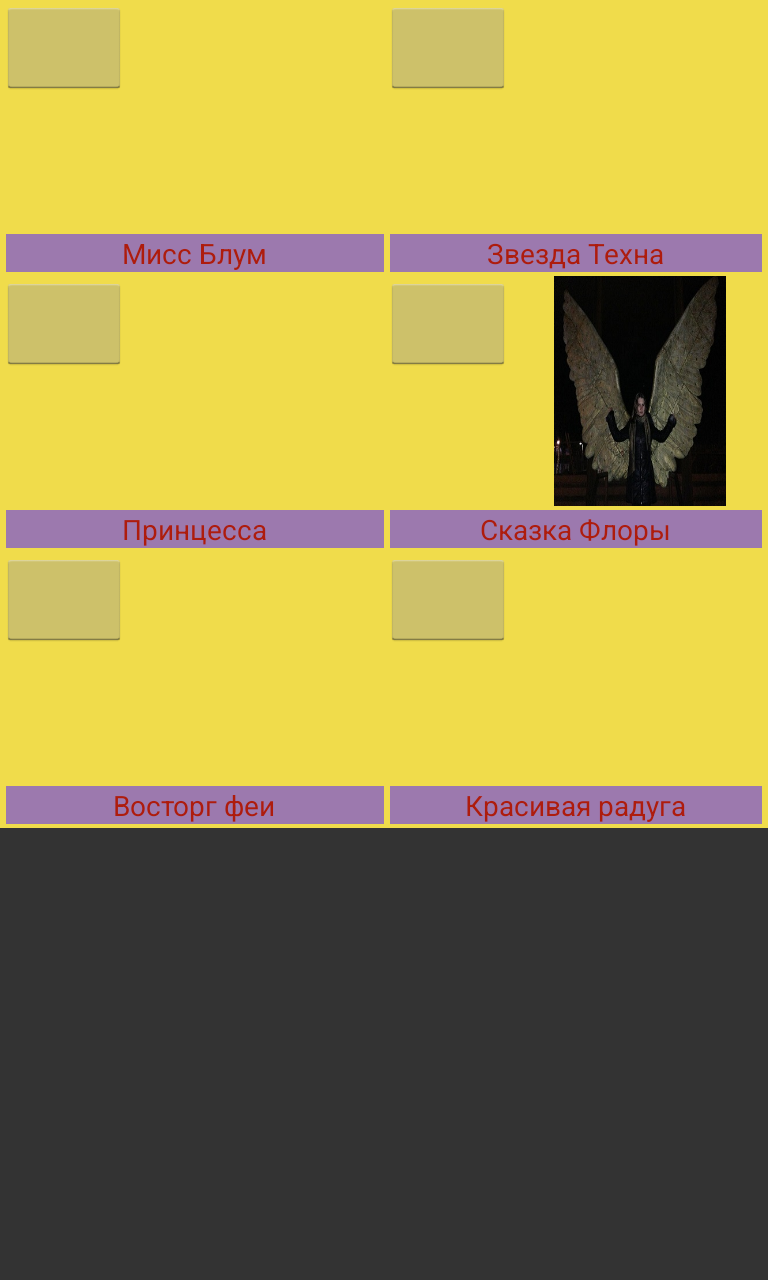
Repository: Skyremix/Winx
Layout: Winx/Winx/res/layout/stages.xml
These files come from the project's save history. The layout is drawn as it stood at one moment and after the next save; the edit follows.
It is drawn on a 768 x 1280 px phone screen (xhdpi) without system bars, with theme AppTheme; the app's code is not run.

Above is the layout before, as saved 2015-05-14 23:34:49.

### Winx/Winx/res/layout/stages.xml
<?xml version="1.0" encoding="utf-8"?>
<LinearLayout xmlns:android="http://schemas.android.com/apk/res/android"
    android:layout_width="match_parent"
    android:layout_height="match_parent"
    android:orientation="vertical"
    android:background="#F0DC4B">

    <LinearLayout
        android:layout_width="match_parent"
        android:layout_height="115dp">

        <LinearLayout
            android:layout_width="match_parent"
            android:layout_height="match_parent"
            android:layout_weight="1" >

            <Button
                android:id="@+id/imageView1"
                android:layout_width="wrap_content"
                android:layout_height="wrap_content"
                android:layout_gravity="center_horizontal"
                android:src="@drawable/buttons"/>

        </LinearLayout>

        <LinearLayout
            android:layout_width="match_parent"
            android:layout_height="match_parent"
            android:layout_weight="1">

            <Button
                android:id="@+id/imageView2"
                android:layout_width="wrap_content"
                android:layout_height="wrap_content"
                android:src="@drawable/buttons" />

        </LinearLayout>

    </LinearLayout>

  <LinearLayout
	        android:layout_width="match_parent"
	        android:layout_height="wrap_content"
	        android:background="#F0DC4B" >

	                 <LinearLayout
            android:layout_width="match_parent"
            android:layout_height="match_parent"
            android:layout_weight="1.00"
            android:background="#9C79AE"
            android:gravity="center_horizontal"
            android:layout_marginTop="2dp"
            android:layout_marginLeft="3dp"
            android:layout_marginBottom="2dp">

            <TextView
                android:id="@+id/textView116"
                android:layout_width="wrap_content"
                android:layout_height="wrap_content"
                android:text="Мисс Блум"
                android:textColor="#AE1C0D"/>

        </LinearLayout>

         <LinearLayout
            android:layout_width="match_parent"
            android:layout_height="match_parent"
            android:layout_weight="1.00"
            android:background="#9C79AE"
            android:gravity="center_horizontal"
            android:layout_marginTop="2dp"
            android:layout_marginLeft="3dp"
            android:layout_marginBottom="2dp"
            android:layout_marginRight="3dp">

            <TextView
                android:id="@+id/textView1565"
                android:layout_width="wrap_content"
                android:layout_height="wrap_content"
                android:text="Звезда Техна"
                android:textColor="#AE1C0D"/>

        </LinearLayout>

    </LinearLayout>

    <LinearLayout
        android:layout_width="match_parent"
        android:layout_height="115dp" >

        <LinearLayout
            android:layout_width="match_parent"
            android:layout_height="match_parent"
            android:layout_weight="1" >

            <Button
                android:id="@+id/imageView3"
                android:layout_width="wrap_content"
                android:layout_height="wrap_content"
                android:src="@drawable/buttons" />

        </LinearLayout>

        <LinearLayout
            android:layout_width="match_parent"
            android:layout_height="match_parent"
            android:layout_weight="1" >

            <Button
                android:id="@+id/imageView4"
                android:layout_width="wrap_content"
                android:layout_height="wrap_content"
                android:src="@drawable/buttons" />

            <ImageView
                android:id="@+id/imageView99"
                android:layout_width="wrap_content"
                android:layout_height="wrap_content"
                android:src="@drawable/img" />
        </LinearLayout>

    </LinearLayout>

	   <LinearLayout
	        android:layout_width="match_parent"
	        android:layout_height="wrap_content"
	        android:background="#F0DC4B" >

	                 <LinearLayout
            android:layout_width="match_parent"
            android:layout_height="match_parent"
            android:layout_weight="1.00"
            android:background="#9C79AE"
            android:gravity="center_horizontal"
            android:layout_marginTop="2dp"
            android:layout_marginLeft="3dp"
            android:layout_marginBottom="2dp">

            <TextView
                android:id="@+id/textView11776"
                android:layout_width="wrap_content"
                android:layout_height="wrap_content"
                android:text="Принцесса"
                android:textColor="#AE1C0D"/>

        </LinearLayout>

         <LinearLayout
            android:layout_width="match_parent"
            android:layout_height="match_parent"
            android:layout_weight="1.00"
            android:background="#9C79AE"
            android:gravity="center_horizontal"
            android:layout_marginTop="2dp"
            android:layout_marginLeft="3dp"
            android:layout_marginBottom="2dp"
            android:layout_marginRight="3dp">

            <TextView
                android:id="@+id/textView115565"
                android:layout_width="wrap_content"
                android:layout_height="wrap_content"
                android:text="Сказка Флоры"
                android:textColor="#AE1C0D"/>

        </LinearLayout>
    </LinearLayout>

    <LinearLayout
        android:layout_width="match_parent"
        android:layout_height="115dp" >

        <LinearLayout
            android:layout_width="match_parent"
            android:layout_height="match_parent"
            android:layout_weight="1">

            <Button
                android:id="@+id/imageView5"
                android:layout_width="wrap_content"
                android:layout_height="wrap_content"
                android:src="@drawable/buttons" />

        </LinearLayout>

        <LinearLayout
            android:layout_width="match_parent"
            android:layout_height="match_parent"
            android:layout_weight="1" >

            <Button
                android:id="@+id/imageView6"
                android:layout_width="wrap_content"
                android:layout_height="wrap_content"
                android:src="@drawable/buttons" />

        </LinearLayout>

    </LinearLayout>

	    <LinearLayout
	        android:layout_width="match_parent"
	        android:layout_height="wrap_content"
	        android:background="#F0DC4B" >

	                 <LinearLayout
            android:layout_width="match_parent"
            android:layout_height="match_parent"
            android:layout_weight="1.00"
            android:background="#9C79AE"
            android:gravity="center_horizontal"
            android:layout_marginTop="2dp"
            android:layout_marginLeft="3dp"
            android:layout_marginBottom="2dp">

            <TextView
                android:id="@+id/textView119966"
                android:layout_width="wrap_content"
                android:layout_height="wrap_content"
                android:text="Восторг феи"
                android:textColor="#AE1C0D"/>

        </LinearLayout>

         <LinearLayout
            android:layout_width="match_parent"
            android:layout_height="match_parent"
            android:layout_weight="1.00"
            android:background="#9C79AE"
            android:gravity="center_horizontal"
            android:layout_marginTop="2dp"
            android:layout_marginLeft="3dp"
            android:layout_marginBottom="2dp"
            android:layout_marginRight="3dp">

            <TextView
                android:id="@+id/textView1584865"
                android:layout_width="wrap_content"
                android:layout_height="wrap_content"
                android:text="Красивая радуга"
                android:textColor="#AE1C0D"/>

        </LinearLayout>
    </LinearLayout>
        <LinearLayout
        android:layout_width="match_parent"
        android:layout_height="wrap_content"
        android:layout_weight="0.02"
        android:background="#333333" >
    </LinearLayout>
</LinearLayout>

Loaded but not shown: Winx/Winx/res/values/styles.xml (common file); Winx/Winx/res/values-v11/styles.xml (common file); Winx/Winx/res/values-v14/styles.xml (common file)

After the next save:
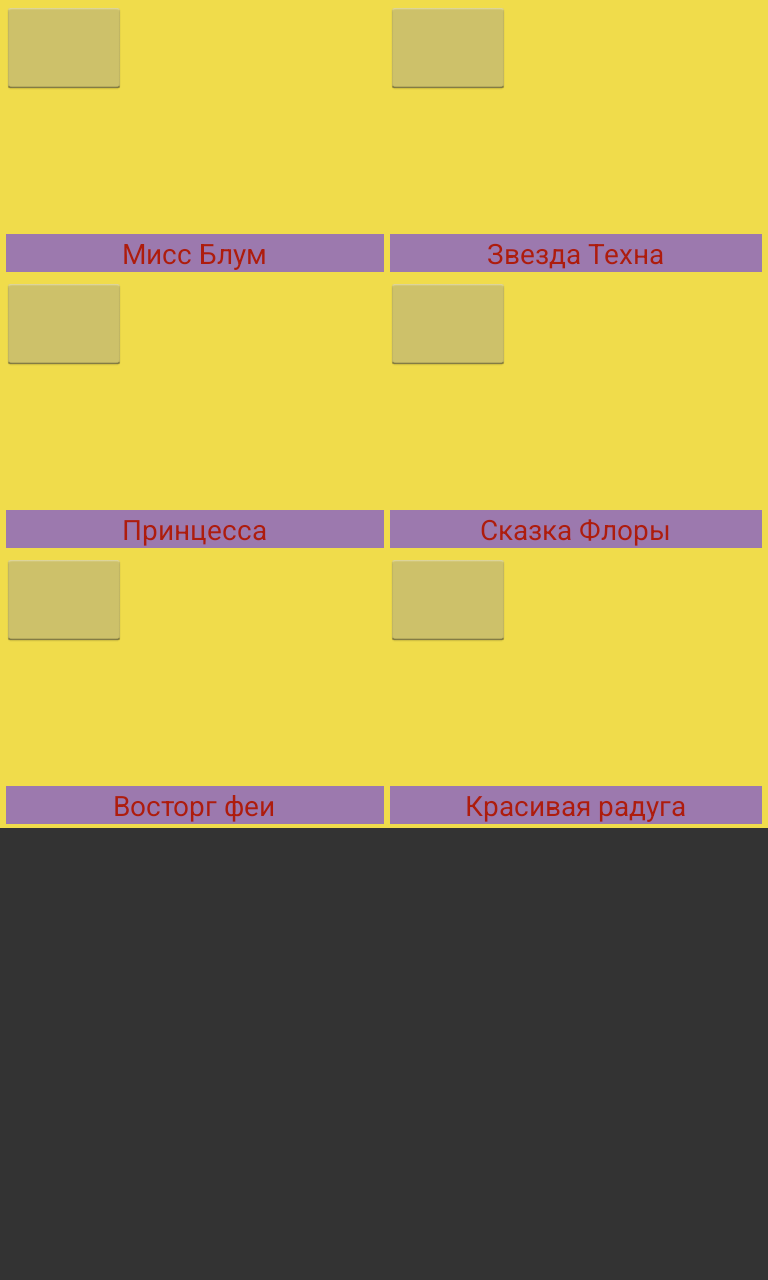
Saved 29 s later.
--- a/Winx/Winx/res/layout/stages.xml
+++ b/Winx/Winx/res/layout/stages.xml
@@ -112,11 +112,7 @@
                 android:layout_height="wrap_content"
                 android:src="@drawable/buttons" />
 
-            <ImageView
-                android:id="@+id/imageView99"
-                android:layout_width="wrap_content"
-                android:layout_height="wrap_content"
-                android:src="@drawable/img" />
+
         </LinearLayout>
 
     </LinearLayout>
